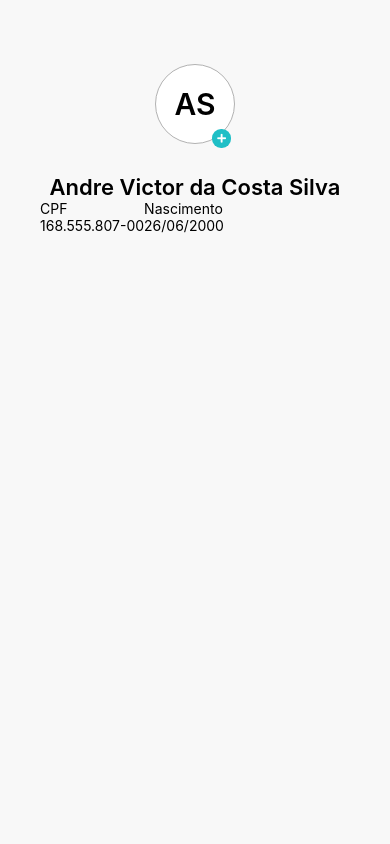
Repository: andre06x/native-estacio
Screen: /
These files come from the project's save history. The screen is drawn as it stood at one moment and after the next save; the edit follows.
The app was drawn by React Native's web renderer in a window 390 px wide. The project was rebuilt for these pictures with package versions that can differ from the ones it lists, and the page was loaded fresh each time. Also part of the build but not shown: src/Pages/Login/index.tsx, src/Pages/Home/index.tsx.

Above is the screen before, as saved 2022-03-26 17:35:03.

### App.tsx
import { StatusBar } from 'expo-status-bar';
import { StyleSheet, Text, View } from 'react-native';
import { Routes } from "./src/Routes";

export default function App() {
  return (
   <Routes />
  );
}

const styles = StyleSheet.create({
  container: {
    flex: 1,
    backgroundColor: '#fff',
    alignItems: 'center',
    justifyContent: 'center',
  },
});

### src/Routes.tsx
import * as React from 'react';
import { View, Text } from 'react-native';
import { NavigationContainer } from '@react-navigation/native';
import { createNativeStackNavigator } from '@react-navigation/native-stack';
import { Login } from "./Pages/Login";
import { Home } from "./Pages/Home";
import { Carteirinha } from "./Pages/Carteirinha";

const Stack = createNativeStackNavigator();

const Routes = () => {
    return (
      <NavigationContainer>
        <Stack.Navigator>
          <Stack.Screen name="Carteirinha" options={{headerShown: true, title: "", headerTintColor: "#24BCCA",  headerShadowVisible: false, headerStyle: {backgroundColor: "#F8F8F8"}}}  component={Carteirinha} />
          <Stack.Screen name="Home" options={{headerShown: false}} component={Home} />
          <Stack.Screen name="Login" options={{headerShown: false}} component={Login} />
        </Stack.Navigator>
      </NavigationContainer>
    );
  }

export { Routes }

### src/Pages/Carteirinha/index.tsx
import { StatusBar } from 'expo-status-bar';
import { Image, StyleSheet, Text, View, TouchableHighlight, TouchableOpacity } from 'react-native';
import { FontAwesome5 } from '@expo/vector-icons';

const Carteirinha = ({ navigation }: { navigation: any }) => {
  return (
    <View style={styles.container}>

      <View style={{ alignItems: "center" }}>
        <View style={styles.profile_text_image}>
          <Text style={styles.profile_text}>AS</Text>
          {/* <Image style={styles.profile_image} source={require('./teste.jpg')} /> */}

          <View style={styles.profile_container_icon}>
            <FontAwesome5 name="plus" size={10} color="white" />
          </View>
        </View>
      </View>


      <Text style={styles.nome}>Andre Victor da Costa Silva</Text>

      <View style={{flexDirection: "row"}}>

        <View>
          <Text>CPF</Text>
          <Text>168.555.807-00</Text>
        </View>

        <View>
          <Text>Nascimento</Text>
          <Text>26/06/2000</Text>
        </View>

      </View>
    </View>
  );
}

const styles = StyleSheet.create({
  container: {
    flex: 1,
    paddingVertical: 0,
    paddingHorizontal: 40,
    backgroundColor: '#F8F8F8',

  },

  profile_text_image: {
    width: 80,
    position: "relative",
    height: 80,
    borderRadius: 40,
    justifyContent: "center",
    alignItems: "center",
    backgroundColor: "#fff",
    borderWidth: 0.4,
    borderColor: "#B2B2B2"
  },
  profile_text: {
    fontSize: 30,
    fontWeight: "600",

  },
  profile_image: {
    width: "100%",
    height: "100%",
    borderRadius: 30,
  },
  profile_container_icon: {
    position: "absolute",
    right: 3,
    bottom: -5,
    backgroundColor: "#1FBFC6",
    width: 19,
    height: 19,
    borderRadius: 9,
    justifyContent: "center",
    alignItems: "center"
  },

  nome: {
    fontWeight: "600",
    fontSize: 22,
    textAlign: "center",
    marginTop: 30
  }
});

export { Carteirinha }

After the next save:
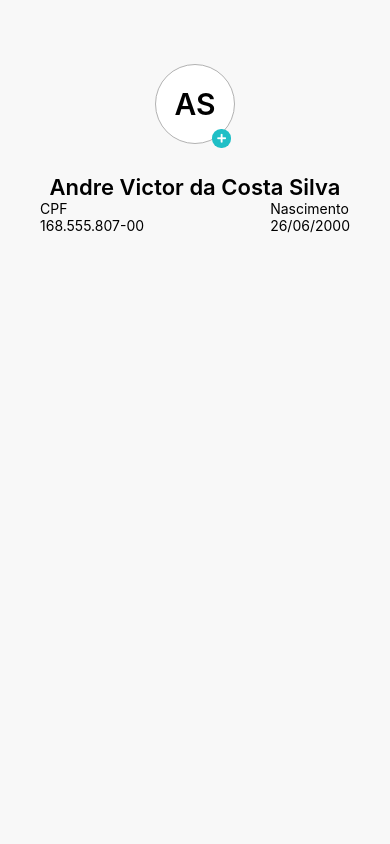
Saved 14 s later.
--- a/src/Pages/Carteirinha/index.tsx
+++ b/src/Pages/Carteirinha/index.tsx
@@ -20,7 +20,7 @@ const Carteirinha = ({ navigation }: { navigation: any }) => {
 
       <Text style={styles.nome}>Andre Victor da Costa Silva</Text>
 
-      <View style={{flexDirection: "row"}}>
+      <View style={{flexDirection: "row", justifyContent: "space-between"}}>
 
         <View>
           <Text>CPF</Text>
